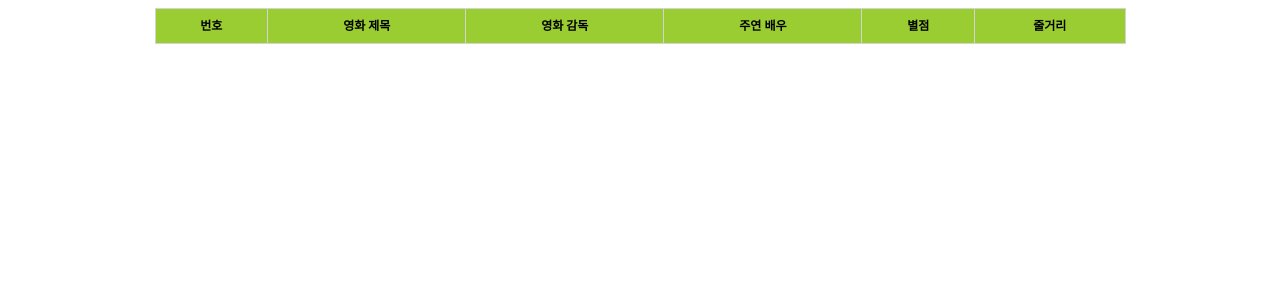
Repository: ghlcjf/home
Page: http://localhost/movieHome/movieList
The author's editor kept a copy of each file at every save. The page is drawn from the files as they stood at one save, then again after the next save.
The browser window is 1280 px wide. The pictures show the whole page.
The page is served by Tomcat 9. Other server files are loaded and not shown. Queries for data that is not in the repository find no rows.

Above is the page before, as saved 2022-12-06 13:58:27.

### movieHome/WebContent/movie/movieList.jsp
<%@ page language="java" contentType="text/html; charset=UTF-8"
    pageEncoding="UTF-8"%>
<%@ taglib prefix="c" uri="http://java.sun.com/jsp/jstl/core" %>
<!DOCTYPE html>
<html>
<head>
<meta charset="UTF-8">
<title>Insert title here</title>
<link type="text/css" href="style/product.css" rel="stylesheet">
</head>
<body>
<div id="wrap">
	<table>
		<tr>
			<th>번호</th>
			<th>영화 제목</th>
			<th>영화 감독</th>
			<th>주연 배우</th>
			<th>별점</th>
			<th>줄거리</th>
		</tr>
		<c:forEach items="${lists}" var="movie" varStatus="s">
			<tr>
				<td>${s.count}</td>
				<td>${movie.name}</td>
				<td>${movie.director}</td>
				<td>${movie.actor}</td>
				<td>${movie.star}</td>
				<td>${movie.story}</td>
			</tr>
			<tr>
				<td colspan="6">
					<a href="movieInsert">영화 등록하기</a>
				</td>
			</tr>
		</c:forEach>
	</table>
</div>

</body>
</html>

### movieHome/src/com/green/controller/MovieListServlet.java
package com.green.controller;

import java.io.IOException;
import java.util.List;

import javax.servlet.ServletException;
import javax.servlet.annotation.WebServlet;
import javax.servlet.http.HttpServlet;
import javax.servlet.http.HttpServletRequest;
import javax.servlet.http.HttpServletResponse;

import com.green.dao.MovieDao;
import com.green.dto.MovieDto;


@WebServlet("/movieList")
public class MovieListServlet extends HttpServlet {

	protected void doGet(HttpServletRequest request, HttpServletResponse response) throws ServletException, IOException {
		// dao에서 받아온 리스트를 movieList.jsp로 보내줄 메서드
		MovieDao dao = MovieDao.getInstance();
		List<MovieDto> lists = dao.movieAllSelect();

		request.setAttribute("lists", lists);
		request.getRequestDispatcher("movie/movieList.jsp").forward(request, response);

	}


	protected void doPost(HttpServletRequest request, HttpServletResponse response) throws ServletException, IOException {
		// TODO Auto-generated method stub
		doGet(request, response);
	}

}

### movieHome/src/com/green/dao/MovieDao.java
package com.green.dao;

import java.sql.Connection;
import java.sql.ResultSet;
import java.sql.Statement;
import java.util.ArrayList;
import java.util.List;

import com.green.db.DBManager;
import com.green.dto.MovieDto;

public class MovieDao {

	private MovieDao () {}
	private static MovieDao dao = new MovieDao();
	public static MovieDao getInstance() {
		return dao;
	}
	public List<MovieDto> movieAllSelect() {
		List<MovieDto> lists = new ArrayList<>();

		String sql = "SELECT * FROM movieTbl ORDER BY code DESC";
		Connection conn = null;
		Statement stmt = null;
		ResultSet rs = null;

		try {
			conn = DBManager.getConnection();
			stmt = conn.createStatement();
			rs = stmt.executeQuery(sql);

			while(rs.next()) {
				MovieDto mto = new MovieDto();
				mto.setCode(rs.getInt("code"));
				mto.setName(rs.getString("name"));
				mto.setDirector(rs.getString("director"));
				mto.setActor(rs.getString("actor"));
				mto.setPictureurl(rs.getString("pictureurl"));
				mto.setStar(rs.getInt("star"));
				mto.setStory(rs.getString("story"));
				lists.add(mto);
			}

		}catch(Exception e) {
			e.printStackTrace();
		}finally {
			DBManager.close(conn, stmt, rs);
		}

		return lists;
	}

}

### movieHome/src/com/green/db/DBManager.java
package com.green.db;

import java.sql.Connection;
import java.sql.DriverManager;
import java.sql.ResultSet;
import java.sql.Statement;


public class DBManager {

	public static Connection getConnection() throws Exception {

		Class.forName("oracle.jdbc.driver.OracleDriver");
		Connection conn = DriverManager.getConnection(
				"jdbc:oracle:thin:@localhost:1521:XE",
				"GREEN",
				"1234");

		return conn;

	}

	public static void close(Connection conn, Statement stmt, ResultSet rs) {

		try {
			if(rs!=null) {rs.close();}
			if(stmt!=null) {stmt.close();}
			if(conn!=null) {conn.close();}
		}catch(Exception e) {
			e.printStackTrace();
		}
	}


	public static void close(Connection conn, Statement stmt) {

		try {
			if(stmt!=null) {stmt.close();}
			if(conn!=null) {conn.close();}
		}catch(Exception e) {
			e.printStackTrace();
		}
	}
}

### movieHome/WebContent/style/product.css
@charset "UTF-8";


#wrap{
	width:971px;
	margin:0 auto;
}

h1{
	color:green;
}
table {
	width:100%;
	border-collapse:collapse;
	font-size:12px;
	line-height:24px;
	text-align:center;
}
td,th{
	border:#d3d3d3 solid 1px;
	padding:5px;
}
th{
	background-color:yellowgreen;
}
img{
	width:220px;
	height:300px;
}
a{
	text-decoration:none;
	color:black;
}
a:hover{
	text-decoration:underline;
	color:green;
}

After the next save:
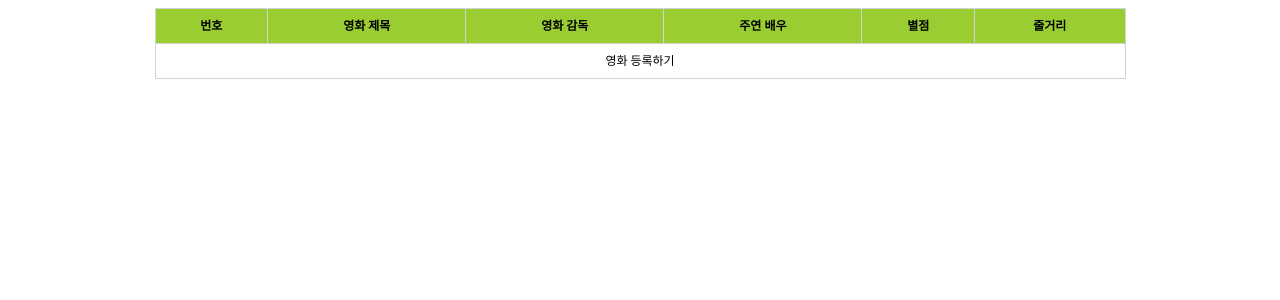
Saved 54 s later.
--- a/movieHome/WebContent/movie/movieList.jsp
+++ b/movieHome/WebContent/movie/movieList.jsp
@@ -28,12 +28,12 @@
 				<td>${movie.star}</td>
 				<td>${movie.story}</td>
 			</tr>
-			<tr>
-				<td colspan="6">
-					<a href="movieInsert">영화 등록하기</a>
-				</td>
-			</tr>
 		</c:forEach>
+		<tr>
+			<td colspan="6">
+				<a href="movieInsert">영화 등록하기</a>
+			</td>
+		</tr>
 	</table>
 </div>
 
